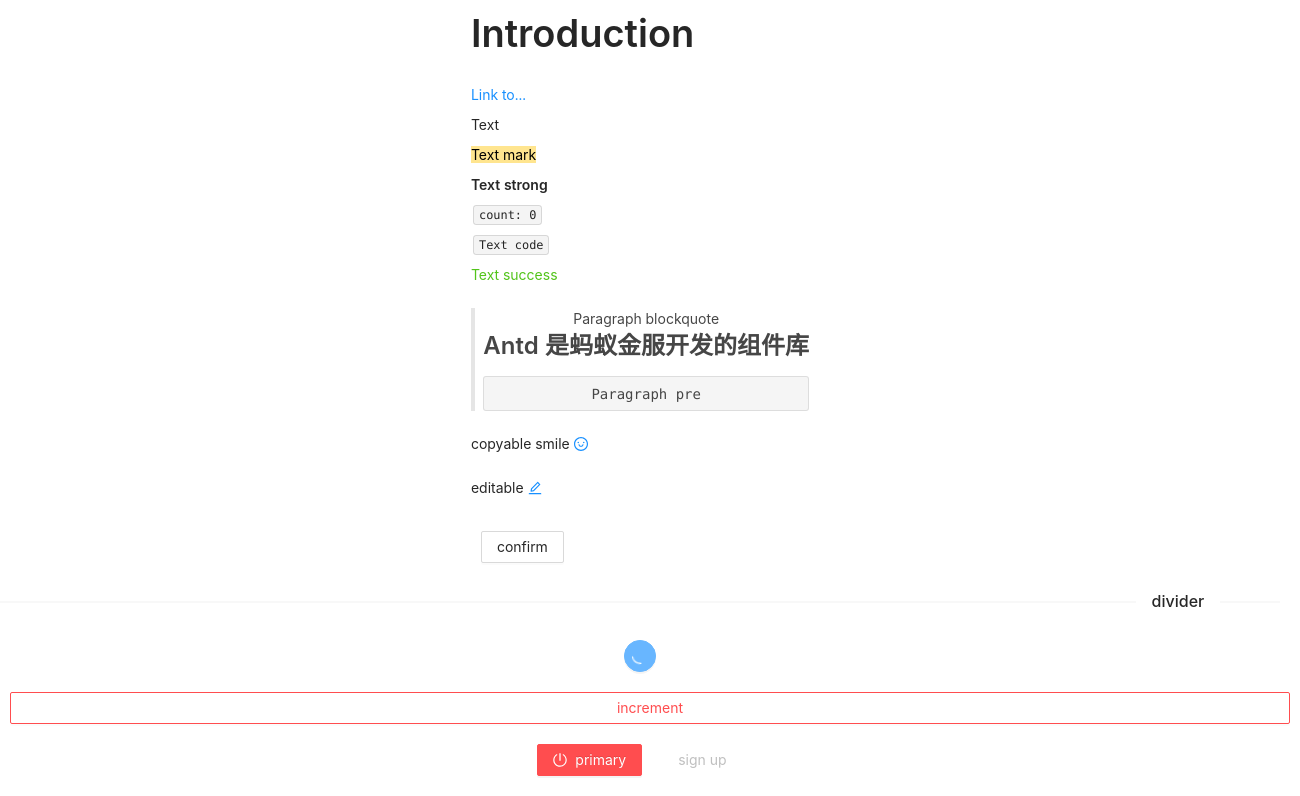
Repository: ErosHai/antd-demo
Page: /
These files come from the project's save history. The page is drawn as it stood at one moment and after the next save; the edit follows.
The browser window is 1280 px wide. The page is 1300 px wide, so the pictures cover 1300 px, including what lies to the right of the window. The pictures show the whole page.
The project was rebuilt for these pictures with package versions that can differ from the ones it lists, and the page was loaded fresh each time.

Above is the page before, as saved 2022-04-12 16:37:04.

After the next save:
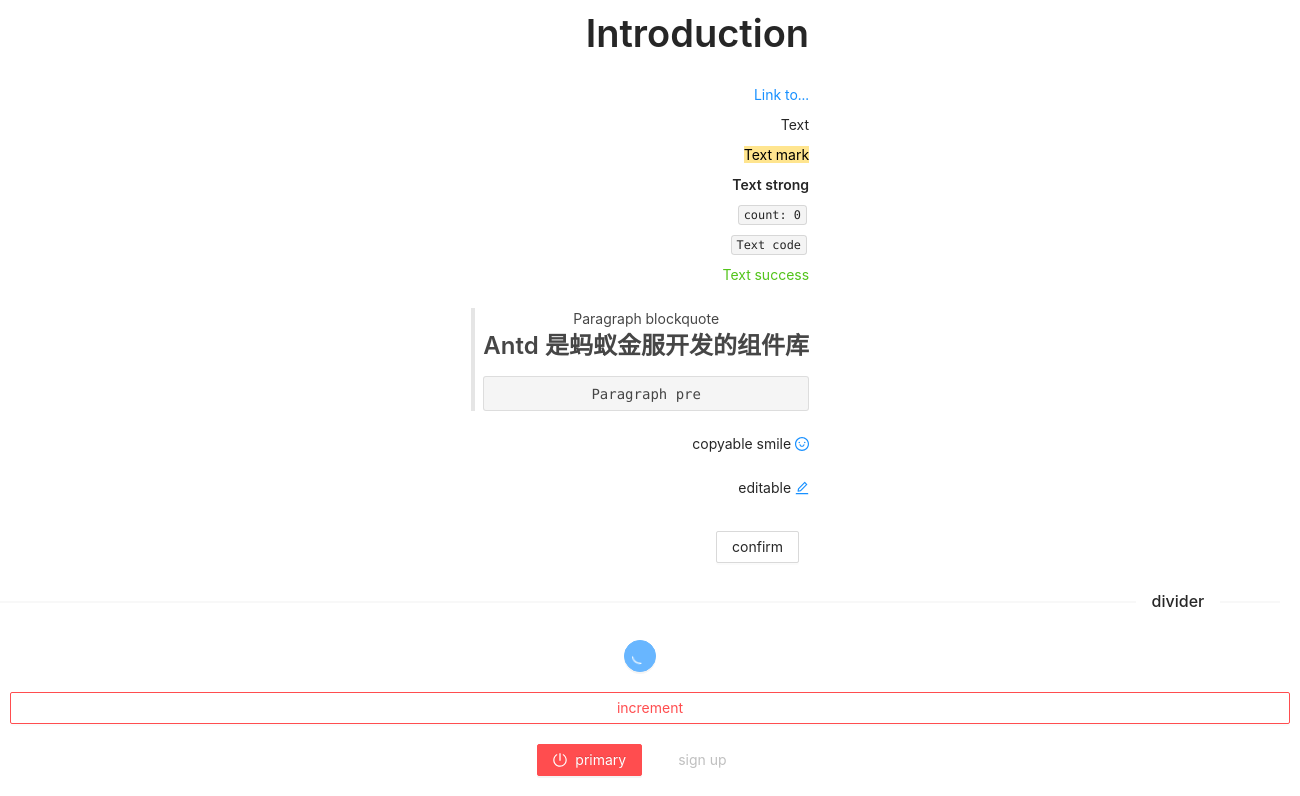
Saved 10 s later.
--- a/src/App.js
+++ b/src/App.js
@@ -14,7 +14,7 @@ function App() {
 
 	return (
 		<div className="App">
-			<Space size="small" direction="vertical" align="start">
+			<Space size="small" direction="vertical" align="end">
 				<Title>Introduction</Title>
 				<Link href="https://www.baidu.com">Link to...</Link>
 				<Text>Text</Text>
